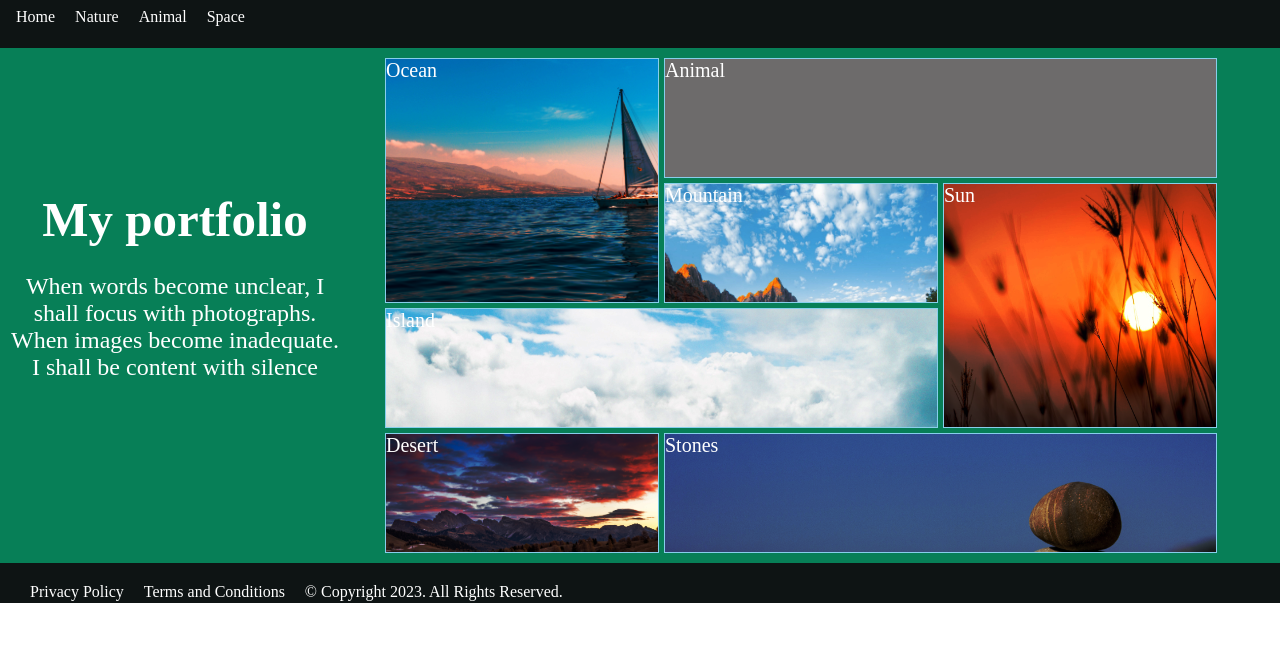
Repository: suraj-yadav7/03_Gallery_Portfolio
Page: index.html
These files come from the project's save history. The page is drawn as it stood at one moment and after the next save; the edit follows.
The browser window is 1280 px wide. The pictures show the whole page.
Pictures or frames that could not be fetched are drawn as grey boxes. Some web fonts or font styles are not loaded; a fallback is used.

Above is the page before, as saved 2023-02-14 21:46:42.

After the next save:
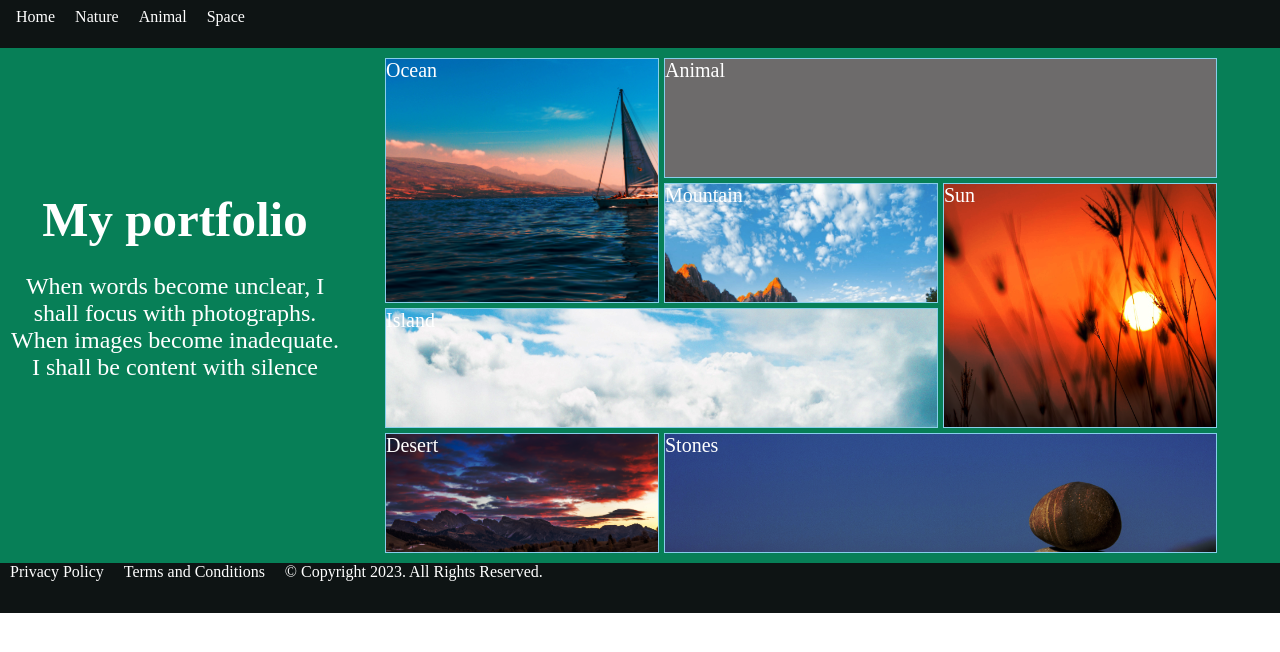
Saved 15 s later.
--- a/style.css
+++ b/style.css
@@ -145,10 +145,9 @@ a:hover{
 
 /* Footer */
 footer{
-    height: 40px;
+    height: 50px;
     max-width: 100%;
     background-color: rgb(14, 20, 20);
-    padding: var(--padding-inline-section);
     font-family: 'Bodoni Moda', serif;
     font-size: 1rem;
 }
